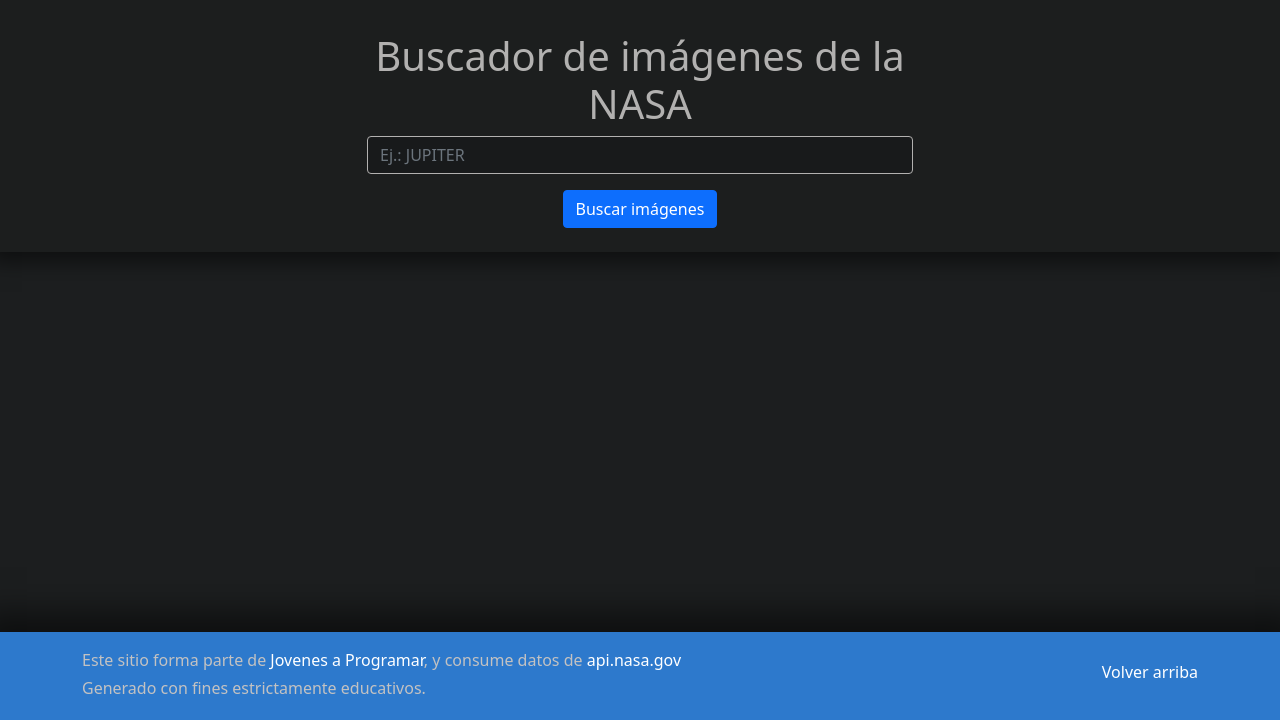
Repository: romancegirl/galaxies
Page: index.html
The author's editor kept a copy of each file at every save. The page is drawn from the files as they stood at one save, then again after the next save.
The browser window is 1280 px wide. The pictures show the whole page.

Above is the page before, as saved 2024-11-19 00:01:57.

After the next save:
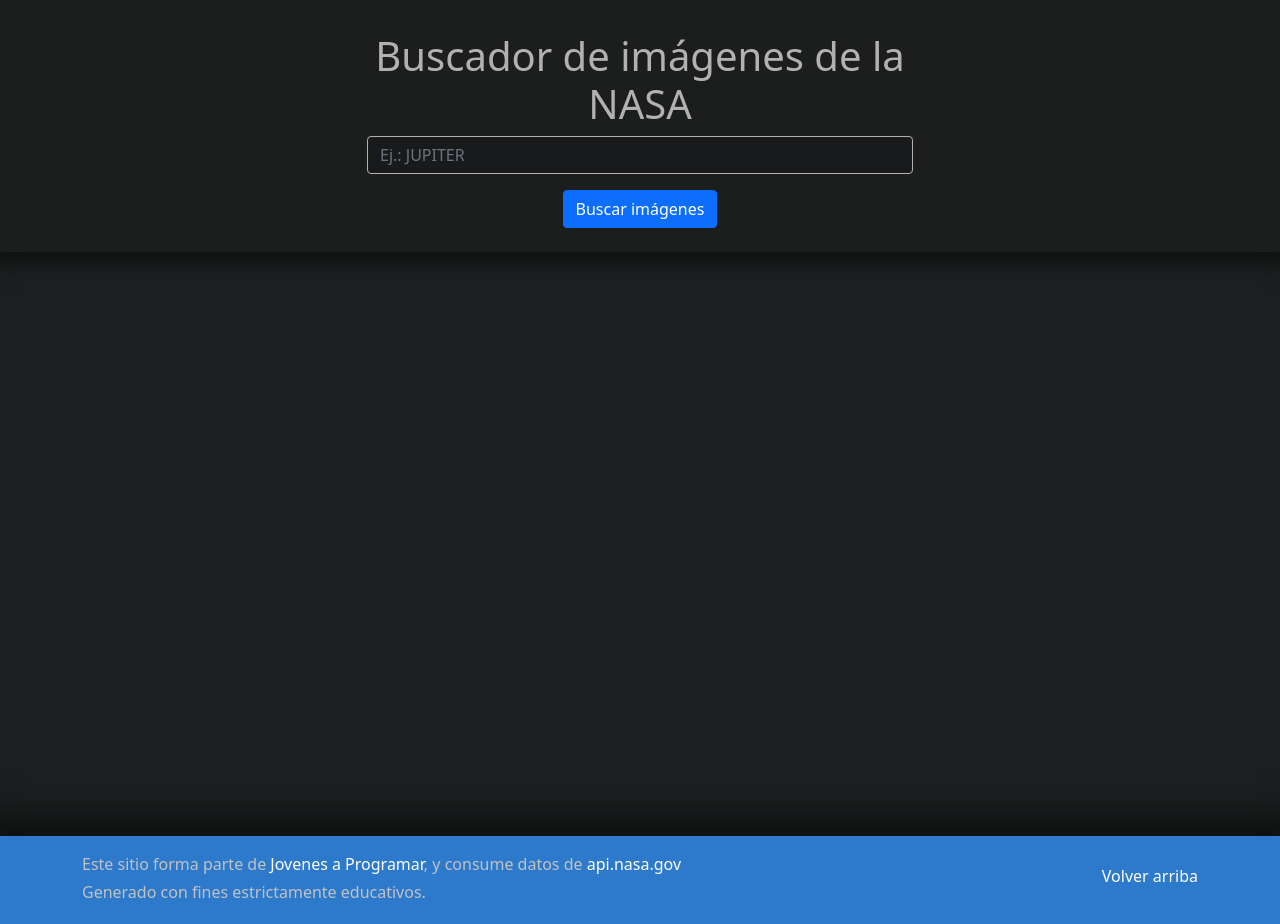
Saved 11 days later.
--- a/index.html
+++ b/index.html
@@ -11,19 +11,22 @@
 </head>
 
 <body>
-  <main>
+
+  <header>
     <div id="intro">
-    <div class="text-center container">
-      <div class="row py-lg-3">
-        <div class="col-lg-6 col-md-8 mx-auto">
-          <h1 class="fw-light">Buscador de imágenes de la NASA</h1>
-          <input type="search" class="form-control" name="buscar" id="inputBuscar" placeholder="Ej.: JUPITER">
-          <button class="btn btn-primary my-2" id="btnBuscar">Buscar imágenes</button>
+      <div class="text-center container">
+        <div class="row py-lg-3">
+          <div class="col-lg-6 col-md-8 mx-auto">
+            <h1 class="fw-light">Buscador de imágenes de la NASA</h1>
+            <input type="search" class="form-control" name="buscar" id="inputBuscar" placeholder="Ej.: JUPITER">
+            <button class="btn btn-primary my-2" id="btnBuscar">Buscar imágenes</button>
+          </div>
         </div>
       </div>
     </div>
-  </div>
+  </header>
 
+  <main>
     <div class="container">
       <div id="contenedor">
       </div>
